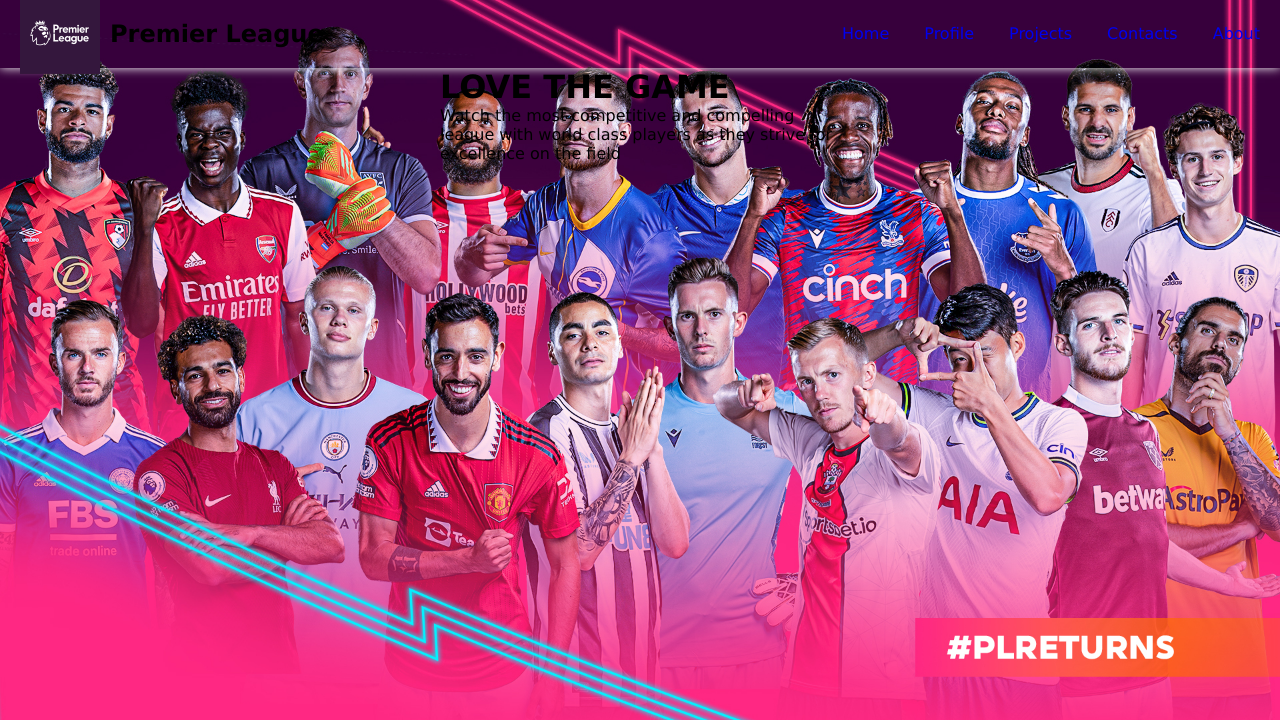
Repository: ogaziesam/simple-landing-page
Page: index.html
These files come from the project's save history. The page is drawn as it stood at one moment and after a run of saves; the edit follows.
The browser window is 1280 px wide. The pictures show the whole page.

Above is the page before, as saved 2023-08-12 08:12:18.

### index.html
<!DOCTYPE html>
<html lang="en">
<head>
    <meta charset="UTF-8">
    <meta name="viewport" content="width=device-width, initial-scale=1.0">
    <title>Landing Page</title>
    <link rel="stylesheet" href="/resources/css/style.css"/>
</head>
<body>
    <nav>
        <div class="heading">
            <img src="/resources/images/premier-league-logo-64B77E2F2E-seeklogo.com.png"
            alt="Logo Image"/>
            <h2 class ="nav_heading">Premier League</h2>
        </div>
        <ul>
            <li><a href="Home">Home</a></li>
            <li><a href="Profile">Profile</a></li>
            <li><a href="Projects">Projects</a></li>
            <li><a href="Contacts">Contacts</a></li>
            <li><a href="About">About</a></li>
        </ul>
    </nav>
    <main>
        <div class="content">
            <h1>LOVE THE GAME</h1>
            <p class="description">
                Watch the most competitive and compelling league with world class players as they strive for excellence on the field
            </p>
        </div>
    </main>

</body>
</html>

### resources/css/style.css
* {
    padding: 0;
    margin: 0;
    font-family: Verdana, Geneva, Tahoma, sans-serif;
}

.logo {
    width:80px;
    height: 80px;
}

body {
    background-image: url(/resources/images/321105434_883868013027395_2576485099436938498_n.jpg);
    background-size: cover;
    background-repeat: no-repeat;
}

nav {
    display:flex;
    align-items: center;
    justify-content: space-between;
    padding: 5px 20px;
    height: 8vh;
    box-shadow: 0 0 10px white;
}

.heading {
    display: flex;
    align-items: center;
    gap: 10px;
}

ul {
    display: flex;
    align-items: center;
    gap: 35px;
}

li {
    list-style: none;
}

a {
    text-decoration: none;
    font-weight: 500;
}

a:hover {
    text-decoration: underline;
}

main {
    display: flex;
    align-items: center;
    justify-content: center;
}

.description {
    max-width: 400px;
    fo
}

After the next 3 saves:
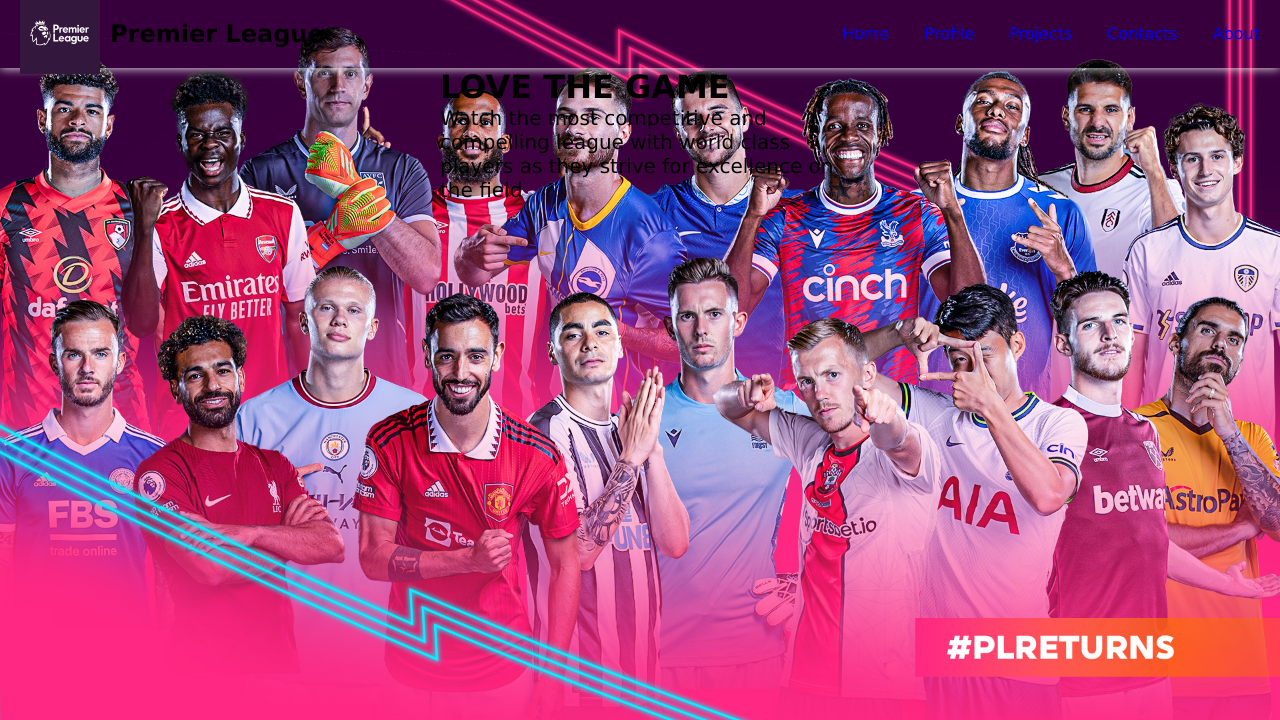
The 3 saves are shown as one change because they came seconds apart.
The last was saved 9 s later.
--- a/resources/css/style.css
+++ b/resources/css/style.css
@@ -57,5 +57,6 @@
 
 .description {
     max-width: 400px;
-    fo
+    font-size: 20px;
+
 }
